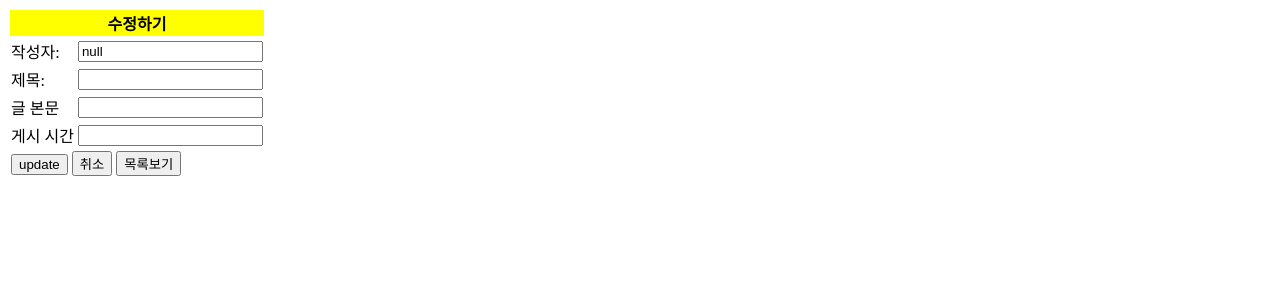
Repository: LifeIsRightward/WebServer
Page: http://localhost/JSPBook/Project/tcupdate.jsp
An editor plug-in stored every save of this project. The page is shown before and after the next save, followed by the edit.
The browser window is 1280 px wide. The pictures show the whole page.
The page is served by Tomcat 9. Queries for data that is not in the repository find no rows.

Above is the page before, as saved 2024-06-07 18:53:36.

After the next save:
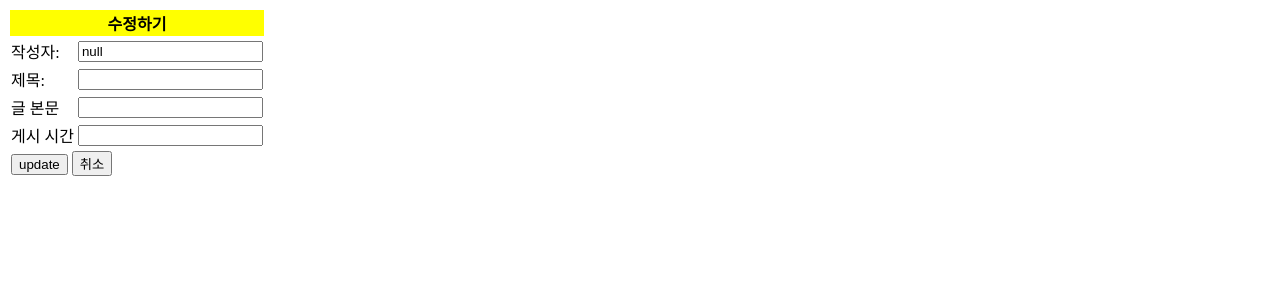
Saved 84 s later.
--- a/JSPBook/src/main/webapp/Project/tcupdate.jsp
+++ b/JSPBook/src/main/webapp/Project/tcupdate.jsp
@@ -70,7 +70,7 @@
 	   			<tr>
 	   				<td colspan="2">
 	   				<input type = "submit" value="update" name="separation">
-	   				<input type = "reset" value="취소" onClick="location.href='tripcommunity.jsp?id='"+id>
+	   				<input type = "reset" value="취소" onClick="location.href='tcshowy.jsp?id='"+id+"&num="+num>
 	   				<input type = "button" value="목록보기" onClick="location.href='tripcommunity.jsp?id='"+id>
 	   			</td>
 	   		</tr>

After the save that followed:
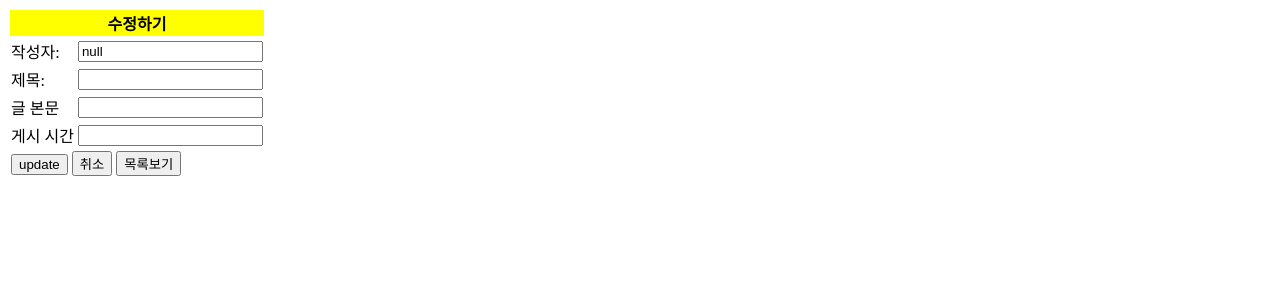
Saved 34 s later.
--- a/JSPBook/src/main/webapp/Project/tcupdate.jsp
+++ b/JSPBook/src/main/webapp/Project/tcupdate.jsp
@@ -70,8 +70,8 @@
 	   			<tr>
 	   				<td colspan="2">
 	   				<input type = "submit" value="update" name="separation">
-	   				<input type = "reset" value="취소" onClick="location.href='tcshowy.jsp?id='"+id+"&num="+num>
-	   				<input type = "button" value="목록보기" onClick="location.href='tripcommunity.jsp?id='"+id>
+	   				<input type = "reset" value="취소" onClick="location.href='tcshowy.jsp?id='"+id+">
+	   				<input type = "button" value="목록보기" onClick="location.href='tripcommunity.jsp?id='"<%=id%>>
 	   			</td>
 	   		</tr>
 	   	</table>
